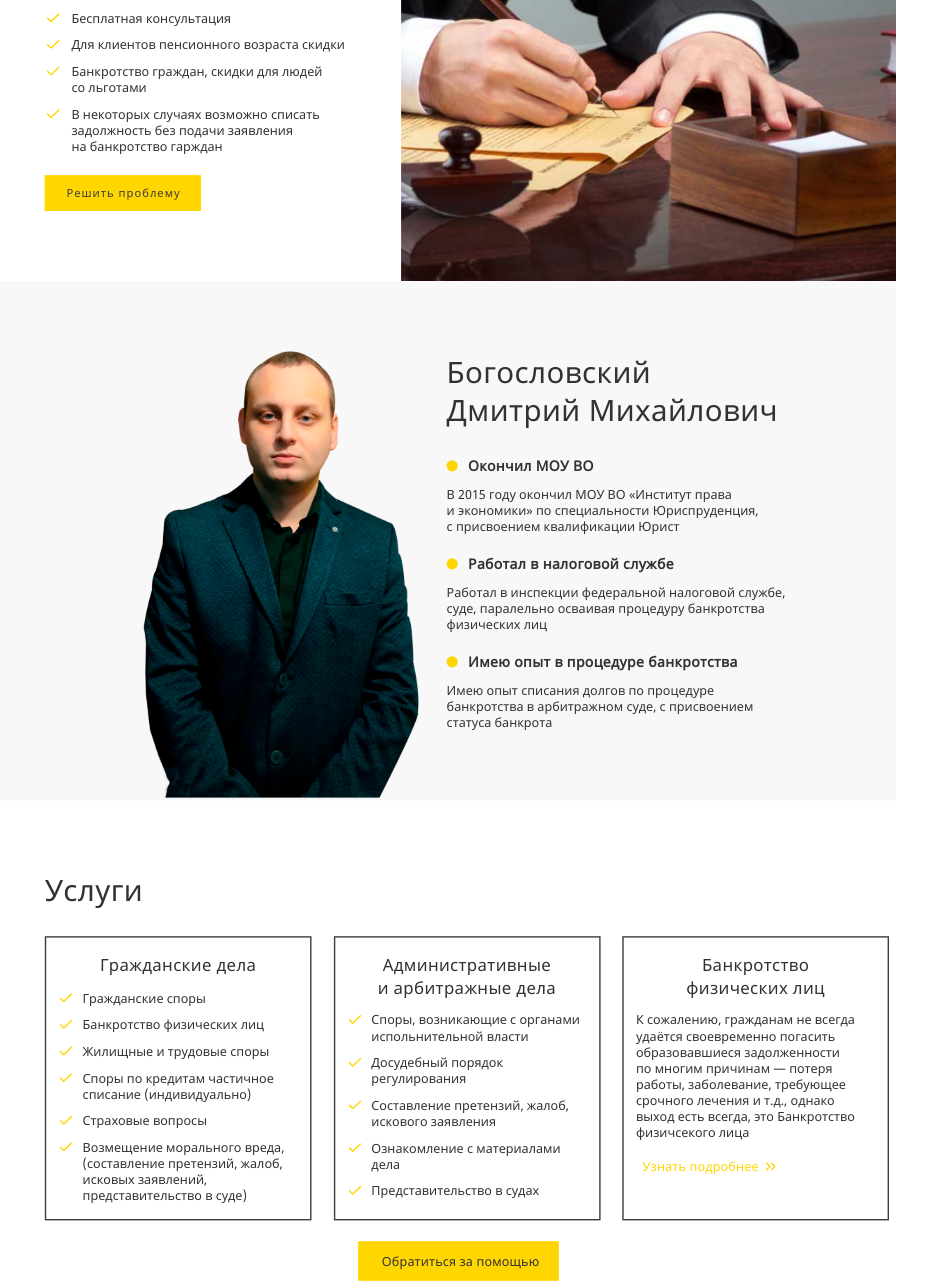
Repository: Nisovaki/antei
Page: http://localhost/
The author's editor kept a copy of each file at every save. The page is drawn from the files as they stood at one save, then again after the next save.
The browser window is 1280 px wide. The page is 1337 px wide, so the pictures cover 1337 px, including what lies to the right of the window. The pictures show the part of the page from y = 379 to 2219 px (the page is 6205 px tall), at 70% of full size.
The page is run by PHP 8.4 with error messages shown; the project is at /var/www/html/. Style sheets and scripts are compiled from the project's sources, by tool versions that may differ from the author's.

Above is the page before, as saved 2022-03-23 16:45:52.
Console error: SyntaxError: Invalid or unexpected token

### index.html
<!DOCTYPE html>
<html lang="ru">
<head>
	<meta charset="UTF-8">
	<meta http-equiv="X-UA-Compatible" content="IE=edge">
	<meta name="viewport" content="width=1440"/>
	<link rel="stylesheet" href="css/style.css">
	<link rel="preconnect" href="https://fonts.googleapis.com">
	<link rel="preconnect" href="https://fonts.gstatic.com" crossorigin>
	<link href="https://fonts.googleapis.com/css2?family=Roboto&display=swap" rel="stylesheet">
	<title>Услуги юриста</title>
</head>
<body>
	<navbar class="navbar">
		<div class="container">
			<div class="navbar-block">
				<ul class="navbar-list">
					<li class="navbar-item"><a href="#" class="navbar-link"><a href="#header-anchor">Услуги</a></li>
					<li class="navbar-item"><a href="#" class="navbar-link"><a href="#smash-anchor">Банкротство граждан</a></li>
					<li class="navbar-item"><a href="#" class="navbar-link"><a href="#scheme-anchor">Схема работы</a></li>
					<li class="navbar-item"><a href="#" class="navbar-link"><a href="#feedback-anchor">Обратная связь</a></li>
				</ul>
				<div class="navbar-tel"><a href="tel:+79042812294" class="navbar-link">+7 (904) 281 22 94</a></div>
				<div class="navbar-address">г. Липецк, пр. Победы, д. 89</div>
			</div>
   </div>
	</navbar>

	<header class="header" id="header-anchor">
		<div class="container">
			<div class="header-block">
				<h1 class="header-block__title">Услуги юриста</h1>
				<div class="header-block__text">
					Ведение дел осуществляется как по г. Липецку, так и по его Области, возможно дистанционное составление документов
					в других городах
				</div>

				<ul class="header-block__list">
					<li class="icons header-block__item"><span class="icons__check"> Бесплатная консультация</span></li>
					<li class="icons header-block__item"><span class="icons__check"> Для клиентов пенсионного возраста скидки</span></li>
					<li class="icons header-block__item"><span class="icons__check"> Банкротство граждан, скидки для людей со&nbsp;льготами</span></li>
					<li class="icons header-block__item"><span class="icons__check"> В некоторых случаях возможно списать задолжность без подачи заявления на&nbsp;банкротство гарждан</span></li>
				</ul>

				<button class="button header__button interactivity">Решить проблему</button>
			</div>
		</div>
	</header>

	<section class="biography">
		<div class="container">
			<div class="author">
				<div class="author-img">
					<img src="img/biography/author.png" alt="Фотография: Богословский Дмитрий Михайлович" class="biography-author">
				</div>
				<div class="author-block">
					<h2 class="title biography-title">Богословский Дмитрий Михайлович</h2>
					<div class="biography-block">
						<div class="biography-subtitle"><span class="biography-subtitle__elipse"></span> Окончил МОУ ВО</div>
						<div class="biography-text">В 2015 году окончил МОУ ВО «Институт правa<br>и экономики» по специальности Юриспруденция,<br> с
							присвоением квалификации Юрист</div>
						<div class="biography-subtitle"><span class="biography-subtitle__elipse"></span> Работал в налоговой службе</div>
						<div class="biography-text">Работал в инспекции федеральной налоговой службе, суде, паралельно осваивая процедуру
							банкротства физических лиц</div>
						<div class="biography-subtitle"><span class="biography-subtitle__elipse"></span> Имею опыт в процедуре банкротства
						</div>
						<div class="biography-text">Имею опыт списания долгов по процедуре банкротства в арбитражном суде, с присвоением
							статуса банкрота</div>
					</div>
				</div>
			</div>
		</div>
	</section>

	<section class="services">
		<div class="container">
			<h2 class="title services__title">Услуги</h2>
			<div class="services-block">
				<div class="services-block__item">
					<h3 class="services-block__title">Гражданские дела</h3>
					<ul class="services-block__list">
						<li class="icons services-block__cell">Гражданские споры</li>
						<li class="icons services-block__cell">Банкротство физических лиц</li>
						<li class="icons services-block__cell">Жилищные и трудовые споры</li>
						<li class="icons services-block__cell">Споры по кредитам частичное списание (индивидуально)</li>
						<li class="icons services-block__cell">Страховые вопросы</li>
						<li class="icons services-block__cell">Возмещение морального вреда, (составление претензий, жалоб, исковых заявлений, представительство в суде)</li>
					</ul>
				</div>

				<div class="services-block__item">
					<h3 class="services-block__title">Административные и&nbsp;арбитражные дела</h3>
					<ul class="services-block__list">
						<li class="icons services-block__cell">Споры, возникающие с органами испольнительной власти</li>
						<li class="icons services-block__cell">Досудебный порядок регулирования</li>
						<li class="icons services-block__cell">Составление претензий, жалоб, искового заявления</li>
						<li class="icons services-block__cell">Ознакомление с материалами дела</li>
						<li class="icons services-block__cell">Представительство в судах</li>
					</ul>
				</div>

				<div class="services-block__item">
					<h3 class="services-block__title">Банкротство физических лиц</h3>
					<p class="services-block__text">К сожалению, гражданам не всегда удаётся своевременно погасить образовавшиеся задолженности<br> по многим причинам — потеря<br>
					работы, заболевание, требующее срочного лечения и т.д., однако<br> выход есть всегда, это Банкротство физичсекого лица</p>
					<a href="#smash-anchor" class="services-block__link">Узнать подробнее
						<img src="img/services/arrow.svg" alt="стрелка" class="services-block__img-1">
						<img src="img/services/arrow.svg" alt="стрелка" class="services-block__img-2">
					</a>
				</div>
			</div>
			<div class="services__wrapper">
				<button class="button services__button interactivity">Обратиться за помощью</button>
			</div>
		</div>
	</section>

	<section class="algorithm">
		<div class="container">
			<div class="algorithm-block">
				<div class="algorithm-block__item-1">
					<h2 class="title algorithm-block__title">Наш алгоритм действий</h2>
					<ol class="algorithm-block__list">
						<li class="algorithm-block__cell algorithm-block__cell-color"><div class="algorithm-block__element"></div> Изучение дела</li>
						<li class="algorithm-block__cell"><div class="algorithm-block__element"></div> Выработка стратегии</li>
						<li class="algorithm-block__cell"><div class="algorithm-block__element"></div> Претензионная работа</li>
						<li class="algorithm-block__cell"><div class="algorithm-block__element"></div> Подготовка пиьменной позиции</li>
						<li class="algorithm-block__cell"><div class="algorithm-block__element"></div> Наложение обеспечительных мер</li>
						<li class="algorithm-block__cell"><div class="algorithm-block__element"></div> Сбор доказательств</li>
						<li class="algorithm-block__cell"><div class="algorithm-block__element"></div> Представление интересов клиента в суде</li>
						<li class="algorithm-block__cell"> В случае обжалования решения суда первой инстанции — подготовка апелляционной и&nbsp;кассационной жалобы</li>
					</ol>
				</div>
				<div class="algorithm-block__item-2"><img src="img/algorithm/algorithm-img.jpg" alt="img: algorithm-block__img" class="algorithm-block__img"></div>
			</div>
		</div>
	</section>

	<section class="smash"  id="smash-anchor">
		<div class="container">
			<h2 class="title smash__title">Банкротство граждан</h2>
			<p class="smash__text">Это прозрачный и законный способ списания долгов (кредитов, займов, микрозаймов, долговых расписок) для гражданина,
			который регулируется Федеральным законом «О несостоятельности (банкротстве)»<br> от 26.10.2002 N 127-ФЗ (последняя редакция)</p>

			<div class="smash-wrapper">
				<div class="smash-wrapper__item smash-wrapper__item--indent-1">
					<div class="smash-wrapper__num">1</div>
					<div class="smash-wrapper__title">Консультация</div>
					<div class="smash-wrapper__text">Квалифицированные специалисты с многолетним опытом, помогают клиенту соориентироваться необходима ли для него процедура
					банкротства, каковы плюсы и минусы, есть ли ограничения,<br>каков предполагаемый результат на стадии<br> анализа.
  					</div>
				</div>

				<div class="smash-arrow__right"><img src="img/smash/arrow_right.svg" alt="arrow_right"></div>

				<div class="smash-wrapper__item smash-wrapper__item--indent-2">
					<div class="smash-wrapper__num">2</div>
					<div class="smash-wrapper__title">Составление перечьня докуметов</div>
					<div class="smash-wrapper__text">Составление необходимого перечьня документов, при необходимости восстановления справок, договоров, для предоставления
					юристу, при составлении Заявление о признании должника несостоятельным (банкротом), с пошаговым объяснением клиенту, для
					чего тот или иной абзац.
					</div>
				</div>

				<div class="smash-arrow__bottom"><img src="img/smash/arrow_bottom .svg" alt="arrow_bottom"></div>

				<div class="smash-wrapper__item smash-wrapper__item--indent-3">
					<div class="smash-wrapper__num">3</div>
					<div class="smash-wrapper__title">Подача заявления</div>
					<div class="smash-wrapper__text">Подача заявления в Арбитражный суд и представительство его интересов в суде по<br> данному делу, процедура списания долгов,
					при которой можно вздохнуть спокойно и<br> наслаждаться жизнью.
					</div>
				</div>
			</div>
			<!-- /.smash-wrapper -->
		</div>
		<!-- /. container -->
	</section>

	<section class="scheme" id="scheme-anchor">
		<div class="container">
			<h2 class="title scheme__title">Схема работы</h2>
			<div class="scheme-wrapper">
				<div class="scheme-wrapper__item">
					<div class="scheme-wrapper--dotted-1"></div>
					<div class="scheme-wrapper__num scheme-wrapper__num--color">1</div>
					<p class="scheme-wrapper__text">Оставьте заявку <br>или позвоните по номеру телефона</p>
				</div>
				<!-- /.scheme-wrapper__item -->
				<div class="scheme-wrapper__item">
					<div class="scheme-wrapper--dotted-2"></div>
					<div class="scheme-wrapper__num scheme-wrapper__num-2">2</div>
					<p class="scheme-wrapper__text">Бесплатно изучаю <br>ваши документы</p>
				</div>
				<!-- /.scheme-wrapper__item -->
				<div class="scheme-wrapper__item">
					<div class="scheme-wrapper--dotted-3"></div>
					<div class="scheme-wrapper__num scheme-wrapper__num-3">3</div>
					<p class="scheme-wrapper__text">Оцениваю ситуацию<br> и называю стоимость услуг</p>
				</div>
				<!-- /.scheme-wrapper__item -->
				<div class="scheme-wrapper__item">
					<div class="scheme-wrapper__num scheme-wrapper__num-4">4</div>
					<p class="scheme-wrapper__text">Заключаем сотрудничество и решаем проблему</p>
				</div>
				<!-- /.scheme-wrapper__item -->
			</div>
			<!-- /.scheme-wrapper -->
			<button class="button scheme__button interactivity">Оставить заявку</button>
		</div>
		<!-- /.container -->
	</section>
	<!-- /.scheme -->

	<section class="feedback" id="feedback-anchor">
		<div class="container">
			<div class="feedback-block">
				<div class="feedback-block__title">Обратная связь</div>
				<form action="send.php" method="post" class="feedback-form">
					<div class="feedback-input">
						<input type="text" placeholder="Ваше имя" class="feedback__input" name="name">
						<input type="text" placeholder="Электронная почта" class="feedback__input" name="email">
					</div>
					<textarea name="message" placeholder="Ваше сообщение" class="feedback__message"></textarea>
					<div class="feedback__wrapper">
						<input type="file" name="file" type="file" name="file" id="input__file" multiple class="feedback__file">
						<label for="input__file" class="feedback__file-button">
							<span class="feedback__file-button-text">
								<img class="feedback__img" src="img/feedback/file.svg" alt="файл">
								Загрузить файлы
							</span>
						</label>
					</div>
					<div class="feedback__agreemet">
						<input type="checkbox" id="checkbox-id" required>
						<label for="checkbox-id" class="feedback-checkbox"></label>
						<span class="feedback__text">Даю согласие на обработку персональных данных</span>
					</div>
					<button class="feedback__button interactivity">Отправить</button>
				</form>
			</div>
		</div>
	</section>

	<footer class="footer">
		<div class="footer-wrapper">
			<div class="footer-contacts">
				<h2 class="title footer__title">Контакты</h2>
				<div class="footer-contacts__item">
					<h3 class="footer-contacts__subtitle footer-contacts__subtitle--ml-1"><img src="img/footer/phone.svg" alt="icon: тефон" class="footer-contacts__icon-1">Номер телефона</h3>
					<a href="tel:+79042812294" class="footer-contacts__phone footer-contacts__phone--ml1">+7 (904) 281 22 94</a>
					<a href="tel:+79042812293" class="footer-contacts__phone footer-contacts__phone--ml2">+7 (904) 281 22 93</a>
					<div class="footer-contacts__block">
						<a href="#" target="_blank"><img src="img/footer/viber.svg" alt="icon: viber" class="footer-contacts__icon"></a>
						<a href="#" target="_blank"><img src="img/footer/watsapp.svg" alt="icon: watsapp" class="footer-contacts__icon"></a>
						<a href="#" target="_blank"><img src="img/footer/telegram.svg" alt="icon: telegram" class="footer-contacts__icon"></a>
					</div>
					<p class="footer-contacts__subtitle footer-contacts__subtitle--ml-2"><img src="img/footer/email.svg" alt="icon: email" class="footer-contacts__icon-2"> Электронная почта</p>
					<a href="mailto:adp48ru@mail.ru" class="footer-contacts__email">adp48ru@mail.ru</a>
					<h3 class="footer-contacts__subtitle footer-contacts__subtitle--ml-3 "><img src="img/footer/map.svg" alt="icon: адрес" class="footer-contacts__icon-3"> Адрес</h3>
					<p class="footer-contacts__text">г. Липецк, пр. Победы, д. 89, 2 этаж</p>
					<h3 class="footer-contacts__subtitle footer-contacts__subtitle--ml-4"><img src="img/footer/clock.svg" alt="icon: режим работы" class="footer-contacts__icon-4"> Часы работы</h3>
					<p class="footer-contacts__text">Будни с 09:00 до17:00, выходные с&nbsp;09:00 до 13:00 по записи</p>
				</div>
			</div>

			<div class="footer-map">
				<iframe
					src="https://yandex.ru/map-widget/v1/?um=constructor%3Af049fa27f5f24e2f09769be59e69710d96a1829caa47af4777a505bc581019e6&amp;source=constructor"
					width="100%" height="100%" frameborder="0"></iframe>
			</div>
		</div>


			<div class="footer-law">
				<div class="container">
					<p class="footer-law__text">© Все права защищены</p>
				</div>
			</div>
	</footer>

	<script src="js/jquery-3.6.0.min.js"></script>
	<script src="js/main.js"></script>
</body>
</html>

### sass/style.sass
@import "_normalize.scss"
@import "_variables.sass"
@import "_settings.sass"
@import "_fonts.scss"
@import "block/_navbar.sass"
@import "block/_header.sass"
@import "block/_biography.sass"
@import "block/_services.sass"
@import "block/_algorithm.sass"
@import "block/_smash.sass"
@import "block/_feedback.sass"
@import "block/_footer.sass"
@import "block/_scheme.sass"

### sass/_variables.sass
$dark: #3C3C3C
$light: #FFFFFF
$txt-color: #323232
$btn-color: #FFD600
$fon-color: #F8F8F8
$dashed-color: #BABABA

### sass/_settings.sass
*
	box-sizing: border-box
body
	font-family: "Noto Sans", sans-serif
	font-weight: 400
	color: $txt-color
img
	max-width: 100%
.container
	max-width: 1320px
	margin: auto
.icons
	list-style-image: url(../img/header/Vector.svg)
	&__check
		position: relative
		left: 10px
.button
	background-color: $btn-color
	border: 2px solid	$btn-color
	cursor: pointer
.title
	font-weight: 500
	font-size: 42px
	line-height: 130%
input[type="checkbox"]
	display: none
a
	text-decoration: none
	color: inherit

.interactivity
	display: inline-block
	color: $dark
	transition: all .8s
	position: relative
	overflow: hidden
	z-index: 1
	&:after
		content: ''
		position: absolute
		bottom: 0
		left: 0
		width: 100%
		height: 100%
		background-color: $btn-color
		z-index: -2
	&:before
		content: ''
		position: absolute
		bottom: 0
		left: 0
		width: 0%
		height: 100%
		background-color: darken($dark, 15%)
		transition: all .8s
		z-index: -1
	&:hover
		color: $btn-color
		&:before
			width: 100%
	&:active
		top: 2px
		// border: 2px solid	$btn-color

### sass/_fonts.scss
@font-face {
  font-family: "Noto Sans bold";
  src: url("../fonts/NotoSans-Bold.woff2") format("woff2"),
    url("../fonts/NotoSans-Bold.woff") format("woff");
  font-weight: bold;
  font-style: normal;
  font-display: swap;
}

@font-face {
  font-family: "Noto Sans";
  src: url("../fonts/NotoSans.woff2") format("woff2"),
    url("../fonts/NotoSans.woff") format("woff");
  font-weight: normal;
  font-style: normal;
  font-display: swap;
}

### sass/block/_navbar.sass
.navbar
	display: block
	font-family: 'Roboto', sans-serif
	background-color: $dark
	color: $light
	padding: 37px 0 35px 0
	font-size: 18px
	line-height: 130%
	&-block
		display: flex
		justify-content: space-between
		margin-left: 5%
	&-list
		display: flex
		justify-content: space-between
		align-items: center
		margin: 0
		padding: 0
		flex-basis: 49.2%
	&-item
		list-style: none
	&-link
		color: inherit
		text-decoration: none
	&-address
		margin-right: 3.8%
		letter-spacing: 0.4px

### sass/block/_header.sass
.header
	padding: 100px 0
	background: url(../img/header/fon-img.jpg)
	background-repeat: no-repeat
	background-size: contain
	background-position: center right
	position: relative
	&::before
		content: ''
		width: 44.8%
		height: 100%
		position: absolute
		top: 0
		left: 0
		background-color: #ffffff
	&-block
		width: 45%
		position: relative
		margin-right: 50px
		margin-left: 5%
		&__list
			margin: 0
			padding: 0
			padding-left: 28px
		&__text
			width: 430px
			font-size: 18px
			line-height: 129%
			margin-bottom: 30px
		&__item
			margin-bottom: 15px
			width: 405px
			font-size: 18px
			line-height: 128%
		&__title
			font-weight: 600
			font-size: 52px
			line-height: 130%
			margin: 0
			margin-bottom: 30px
			letter-spacing: 1.5px
	&__button
		margin-top: 15px
		padding: 14px 27px 15px 29px
		letter-spacing: 1.4px
		&:focus
			border: 2px solid $btn-color

### sass/block/_biography.sass
.biography
	padding-top: 100px
	background-color: $fon-color
	&-title
		letter-spacing: 0.6px
		width: 475px
		margin: 0
		margin-bottom: 40px
		margin-top: 2px
	&-subtitle
		font-weight: 600
		font-size: 20px
		line-height: 130%
		margin-bottom: 15px
		letter-spacing: 0.5px
		&__elipse
			display: inline-block
			width: 16px
			height: 16px
			background-color: $btn-color
			border-radius: 50%
			margin-right: 9px
	&-text
		font-size: 18px
		line-height: 128%
		width: 487px
		margin-bottom: 30px
.author
	display: flex
	justify-content: flex-end
	&-img
		flex-basis: 49.5%
		margin-left: 184px
	&-block
		flex-basis: 70%

### sass/block/_algorithm.sass
.algorithm
    padding: 100px 0 70px 0
    background-color: $fon-color
    &-block
        display: flex
        position: relative
        &__item-1
            width: 515px
            margin-left: 12.8%
        &__title
            width: 382px
            display: inline-block
            margin: 0
            margin-bottom: 40px
            letter-spacing: 0.5px
        &__cell-color
            &::before
                background-color: $btn-color
        &__element
            position: absolute
            top: 33px
            left: 17px
            width: 0px
            height: 34px
            border: 1px dashed $dashed-color
        &__img
            max-width: inherit
ol
    list-style: none
    width: 445px
    font-size: 17px
    font-weight: 400
    padding: 0
    margin: 0
    li
        counter-increment: num
        margin: 0
        padding: 7px 0 35px 44px
        position: relative
        line-height: 125%
        letter-spacing: 0.5px
        &::marker
            display: none
        &::before
            content: counter(num)
            display: inline-block
            position: absolute
            top: 0
            left: 0
            background: #fff
            color: $dark
            text-align: center
            font-size: 18px
            padding: 6px 10px 3px 10px
            border: 1px solid $btn-color
            border-radius: 50%

### sass/block/_smash.sass
.smash
    position: relative
    padding-top: 340px
    padding-bottom: 325px
    &__title
        margin: 0
        margin-bottom: 40px
        width: 382px
        letter-spacing: 0.5px
        margin-left: 5%
    &__text
        width: 485px
        font-style: normal
        font-weight: 400
        font-size: 18px
        line-height: 128%
        margin-left: 5%
    &-wrapper
        &__item
            position: relative
            width: 485px
            border: 2px solid $dark
            padding: 22px 13px 22px 19px
            &--indent-1
                position: absolute
                top: 98px
                right: 354px
            &--indent-2
                position: absolute
                right: 148px
                top: 367px
            &--indent-3
                position: absolute
                top: 636px
                right: 354px
        &__num
            position: absolute
            top: -19px
            left: -19px
            background-color: $btn-color
            border-radius: 50%
            padding: 5px 12px 5px 12px
            font-size: 18px
            line-height: 130%
            font-family: "Noto Sans"
        &__title
            font-weight: bold
            font-size: 20px
            line-height: 130%
            margin-bottom: 20px
            letter-spacing: -0.5px
        &__text
            width: 450px
            font-size: 17px
            line-height: 137%
            font-weight: 400
            letter-spacing: 0.2px
    &-arrow
        &__right
            position: absolute
            top: 113px
            right: 634px
        &__bottom
            position: absolute
            top: 521px
            right: 632px
            z-index: 1

Loaded but not shown: sass/_normalize.scss (common file); js/jquery-3.6.0.min.js (library); img/smash/arrow_right.svg (3 lines, source omitted); img/smash/arrow_bottom .svg (3 lines, source omitted); img/footer/viber.svg (4 lines, source omitted); img/footer/email.svg (11 lines, source omitted); img/footer/clock.svg (4 lines, source omitted); img/footer/map.svg (4 lines, source omitted); img/footer/phone.svg (3 lines, source omitted); img/footer/watsapp.svg (4 lines, source omitted); img/footer/telegram.svg (45 lines, source omitted); img/feedback/file.svg (3 lines, source omitted); img/header/Vector.svg (3 lines, source omitted); img/services/arrow.svg (3 lines, source omitted); js/main.js (15 lines, source omitted); sass/block/_feedback.sass (137 lines, source omitted); sass/block/_footer.sass (112 lines, source omitted); sass/block/_scheme.sass (69 lines, source omitted); sass/block/_services.sass (69 lines, source omitted)

After the next save:
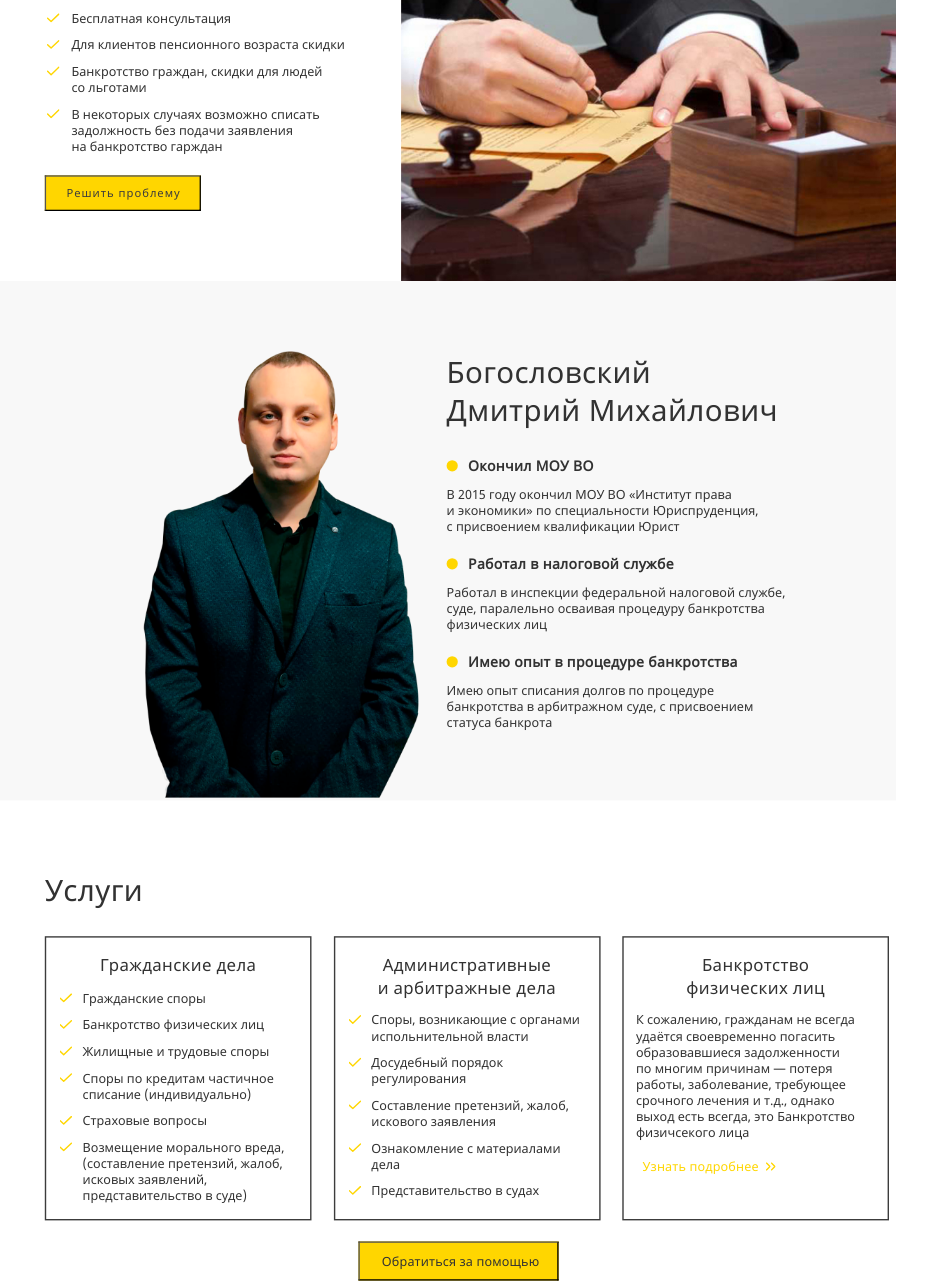
Saved 6 s later.
--- a/sass/_settings.sass
+++ b/sass/_settings.sass
@@ -16,7 +16,7 @@ img
 		left: 10px
 .button
 	background-color: $btn-color
-	border: 2px solid	$btn-color
+	// border: 2px solid	$btn-color
 	cursor: pointer
 .title
 	font-weight: 500
